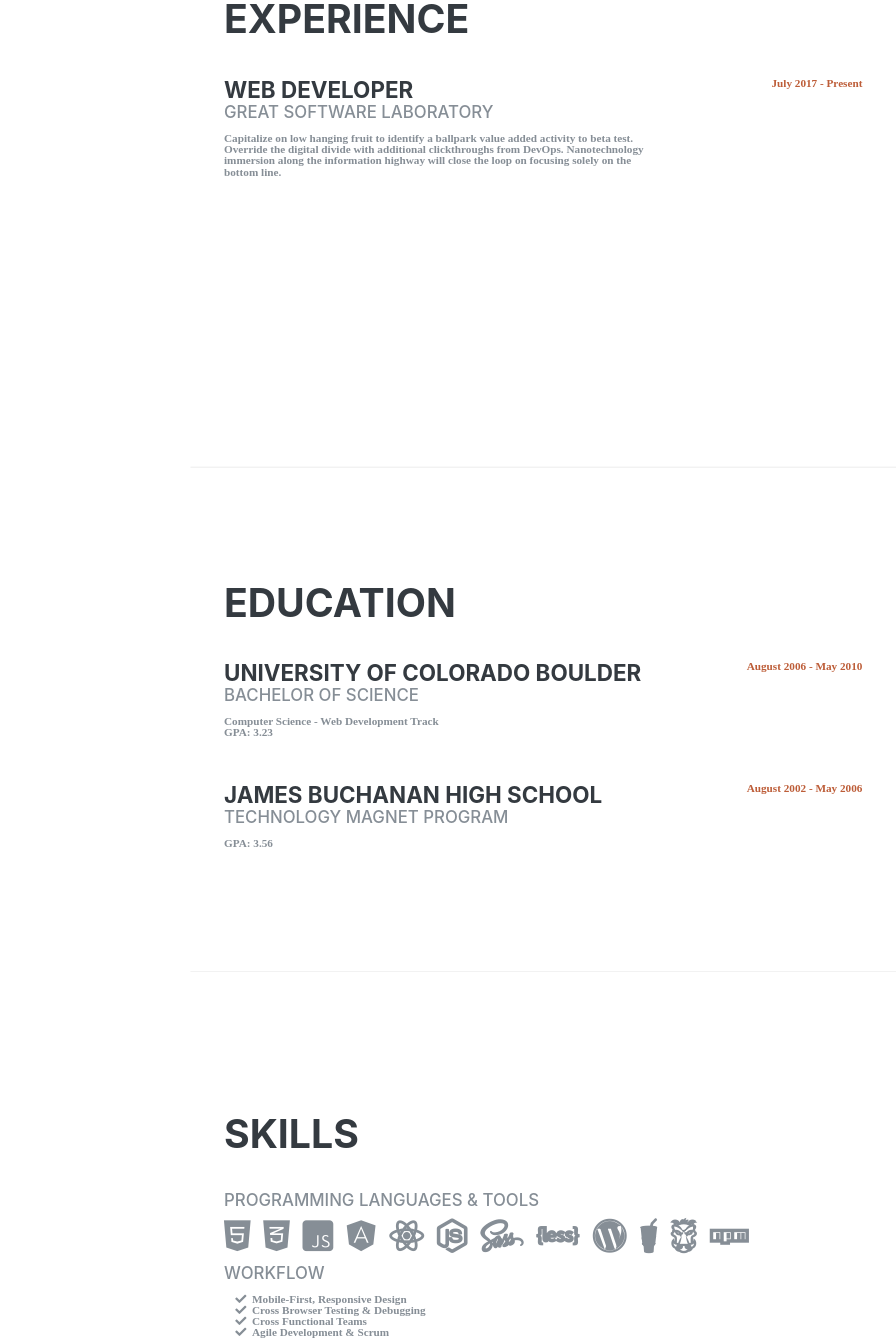
Repository: ankitkeshari719/ankitkeshari719.github.io
Page: index.html
The author's editor kept a copy of each file at every save. The page is drawn from the files as they stood at one save, then again after the next save.
The browser window is 1280 px wide. The pictures show the part of the page from y = 774 to 2694 px (the page is 4349 px tall), at 70% of full size.
Some web fonts or font styles are not loaded; a fallback is used.

Above is the page before, as saved 2020-03-13 16:04:23.

After the next save:
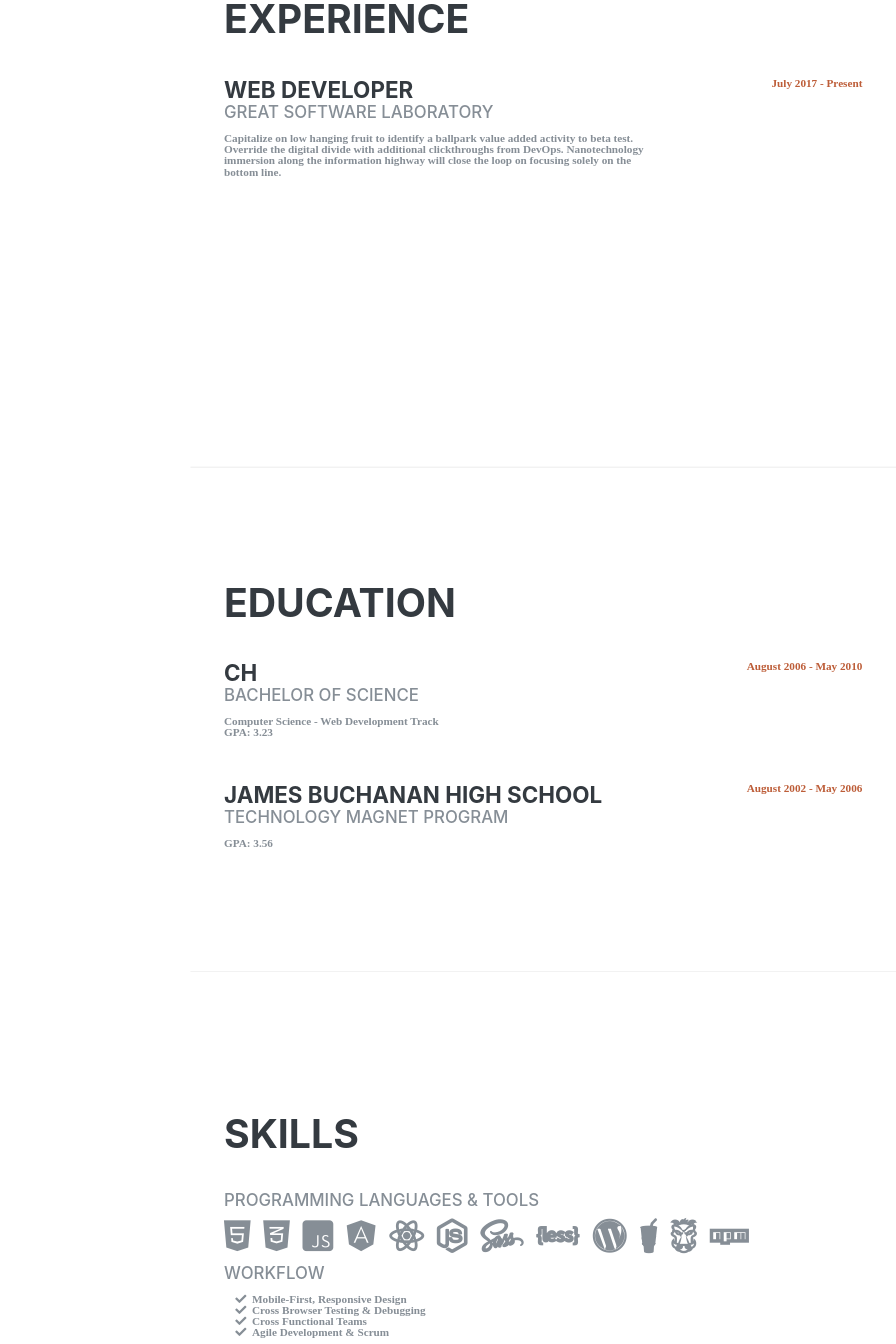
Saved 38 s later.
--- a/index.html
+++ b/index.html
@@ -147,7 +147,7 @@
 
         <div class="resume-item d-flex flex-column flex-md-row justify-content-between mb-5">
           <div class="resume-content">
-            <h3 class="mb-0">University of Colorado Boulder</h3>
+            <h3 class="mb-0">Ch</h3>
             <div class="subheading mb-3">Bachelor of Science</div>
             <div>Computer Science - Web Development Track</div>
             <p>GPA: 3.23</p>
